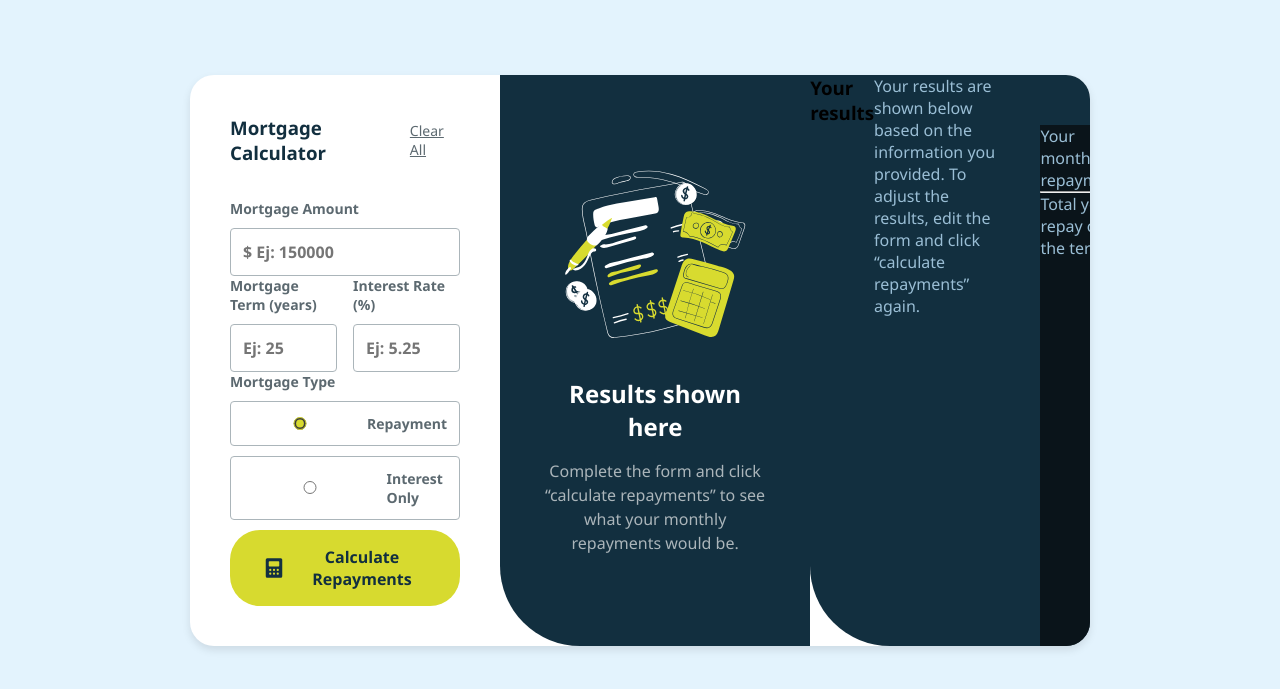
Repository: GravielPV/Mortgage-repayment-calculator
Page: index.html
The author's editor kept a copy of each file at every save. The page is drawn from the files as they stood at one save, then again after the next save.
The browser window is 1280 px wide. The pictures show the whole page.

Above is the page before, as saved 2025-12-14 15:12:49.

### index.html
<!DOCTYPE html>
<html lang="en">
<head>
  <meta charset="UTF-8">
  <meta name="viewport" content="width=device-width, initial-scale=1.0"> <!-- displays site properly based on user's device -->

  <link rel="icon" type="image/png" sizes="32x32" href="./assets/images/favicon-32x32.png">
  <link rel="stylesheet" href="styles.css">
  <title>Frontend Mentor | Mortgage repayment calculator</title>


</head>
<body>
  <div class="carta">



  <div class="lado-izquierdo">

    <div class="header-form">
      <h3>Mortgage Calculator</h3>
      <a href="#" id="clear-all">Clear All</a>
    </div>

    <form id="mortgage-form">

      <!-- Mortgage Amount -->
      <div class="campo">
        <label for="input-mortgage">Mortgage Amount</label>

        <input
          type="number"
          id="input-mortgage"
          name="mortgage"
          placeholder="$ Ej: 150000">
      </div>

      <!-- Mortgage Term & Interest Rate -->
      <div class="grupo-doble">
        <div class="campo1">
          <label for="input-term">Mortgage Term (years)</label>
          <input
            type="number"
            id="input-term"
            name="term"
            placeholder="Ej: 25">
        </div>

        <div class="campo1">
          <label for="input-interest">Interest Rate (%)</label>
          <input
            type="number"
            step="0.01"
            id="input-interest"
            name="interest"
            placeholder="Ej: 5.25">
        </div>
      </div>

      <!-- Mortgage Type -->
      <div class="campo">
        <label>Mortgage Type</label>

        <div class="radios">
          <label class="radio arriba">
            <input type="radio" name="mortgage-type" value="repayment" checked id="repayment">
            Repayment
          </label>

          <label class="radio abajo">
            <input type="radio" name="mortgage-type" value="interest-only" id="interest-only">
            Interest Only
          </label>
        </div>
      </div>

      <!-- Botón -->
      <div class="boton">

        <button type="button" onclick="calcular()"> <img src="assets/images/icon-calculator.svg" alt="calculadora icon">Calculate Repayments</button>
      </div>



    </form>

  </div>




  <!-- Empty results start -->

  <div class="derecho">

    <img src="assets/images/illustration-empty.svg" alt="mostrar">

  <h3>Results shown here</h3>

  <p>Complete the form and click “calculate repayments” to see what
  your monthly repayments would be.</p>
  </div>

  <!-- Empty results end -->

  <!-- Completed results start -->

  <div class="resultado">
    <h3>Your results</h3>
    <p>Your results are shown below based on the information you provided.
    To adjust the results, edit the form and click “calculate repayments” again.</p>

    <div class="caja-resultados">
      <p>Your monthly repayments</p>
      <h1 id="monthly-repayment"></h1>

      <hr>

      <p>Total you'll repay over the term</p>
      <h3 id="total-repayment"></h3>
    </div>
  </div>

</div>

<!-- Completed results end -->

<script src="app.js"></script>
</body>
</html>

### styles.css
* {
    box-sizing: border-box;
    margin: 0;
    padding: 0;
    font-family: 'Segoe UI', Tahoma, Geneva, Verdana, sans-serif;
}

body {
    background-color: hsl(202, 86%, 94%);
    display: flex;
    justify-content: center;
    align-items: center;
    min-height: 100vh;
}

.carta {
    width: 100%;
    max-width: 900px;
    background-color: white;
    display: flex;
    border-radius: 24px;
    overflow: hidden;
    box-shadow: 0 4px 8px 0 rgba(0, 0, 0, 0.1);
    margin: 20px;
}

/* ---- Lado Izquierdo ---- */
.lado-izquierdo {
    width: 50%;
    padding: 40px;
    display: flex;
    flex-direction: column;
    gap: 24px;
}

.header-form {
    display: flex;
    justify-content: space-between;
    align-items: center;
    margin-bottom: 10px;
}

.header-form h3 {
    color: hsl(202, 55%, 16%);
}

.header-form a {
    color: hsl(200, 10%, 40%);
    text-decoration: underline;
    font-size: 14px;
    cursor: pointer;
}

.header-form a:hover {
    color: hsl(202, 55%, 16%);
}

/* Inputs */
.campo {
    display: flex;
    flex-direction: column;
    gap: 10px;
}

.campo label, .campo1 label {
    color: hsl(200, 10%, 40%);
    font-size: 14px;
    font-weight: bold;
}

.campo input, .campo1 input {
    padding: 12px;
    border: 1px solid hsl(200, 10%, 70%);
    border-radius: 4px;
    font-size: 16px;
    font-weight: bold;
    cursor: pointer;
    width: 100%;
}

.campo input:focus, .campo1 input:focus {
    outline: none;
    border-color: hsl(61, 70%, 52%);
}

.grupo-doble {
    display: flex;
    gap: 16px;
}

.campo1 {
    display: flex;
    flex-direction: column;
    gap: 10px;
    width: 50%;
}

/* Radio buttons */
.radios {
    display: flex;
    flex-direction: column;
    gap: 10px;
}

.radio {
    display: flex;
    align-items: center;
    border: 1px solid hsl(200, 10%, 70%);
    padding: 12px;
    border-radius: 4px;
    cursor: pointer;
    gap: 10px;
    font-weight: bold;
    color: hsl(202, 55%, 16%);
}

.radio:hover {
    border-color: hsl(61, 70%, 52%);
}

.radio input {
    margin: 0;
    accent-color: hsl(61, 70%, 52%);
}

/* Boton */
.boton {
    margin-top: 10px;
}

button {
    display: flex;
    align-items: center;
    justify-content: center;
    gap: 10px;
    padding: 16px 32px;
    background-color: hsl(61, 70%, 52%);
    border: none;
    color: hsl(202, 55%, 16%);
    border-radius: 30px;
    cursor: pointer;
    font-weight: bold;
    font-size: 16px;
    width: 100%;
    transition: background-color 0.3s;
}

button:hover {
    background-color: hsl(61, 70%, 70%);
}

/* ---- Lado Derecho ---- */
.derecho {
    width: 50%;
    background-color: hsl(202, 55%, 16%);
    color: white;
    padding: 40px;
    display: flex;
    flex-direction: column;
    justify-content: center;
    align-items: center;
    text-align: center;
    border-bottom-left-radius: 80px;
}

.derecho img {
    margin-bottom: 20px;
}

.derecho h3 {
    margin-bottom: 16px;
    font-size: 24px;
}

.derecho p {
    color: hsl(200, 10%, 70%);
    line-height: 1.5;
}

.resultado {
    display: none;
}


.resultado{
     width: 50%;
    background-color: hsl(202, 55%, 16%);
    display: flex;
    justify-content: center;
    border-bottom-left-radius: 80px;


}

.resultado .caja-resultados {

    background-color: hsl(201, 46%, 7%);
    color: hsl(61, 70%, 52%);
    width: 80%;
    position: relative;
    left: 40px;
    top: 50px;
    padding: auto;



}

.resultado  p{
    color: hsl(203, 41%, 72%);
}

.resultado h3{


}



/* Responsive */
@media (max-width: 768px) {
    body {
        align-items: flex-start;
        background-color: white;
    }

    .carta {
        flex-direction: column;
        border-radius: 0;
        margin: 0;
        box-shadow: none;
        max-width: 100%;
    }

    .lado-izquierdo, .derecho {
        width: 100%;
        padding: 24px;
    }

    .derecho {
        border-radius: 0;
        min-height: 400px;
    }

    .grupo-doble {
        flex-direction: column;
    }

    .campo1 {
        width: 100%;
    }
}

### app.js
// INPUTS
const montoInput = document.getElementById("input-mortgage");
const yearsInput = document.getElementById("input-term");
const interesInput = document.getElementById("input-interest");

// RADIOS
const repaymentRadio = document.getElementById("repayment");
const interestOnlyRadio = document.getElementById("interest-only");

// RESULTADOS
const resultadoBox = document.querySelector(".resultado");
const derechoBox = document.querySelector(".derecho");

const monthlyText = document.getElementById("monthly-repayment");
const totalText = document.getElementById("total-repayment");

// CLEAR ALL
const clearAllBtn = document.getElementById("clear-all");

// FORMATO MONEDA
function formatoMoneda(valor) {
  return new Intl.NumberFormat("en-US", {
    style: "currency",
    currency: "USD",
    minimumFractionDigits: 2,
  }).format(valor);
}

// CALCULAR
function calcular() {
  const monto = Number(montoInput.value);
  const years = Number(yearsInput.value);
  const interes = Number(interesInput.value) / 100;

  if (!monto || !years || !interes) {
    alert("Please complete all fields");
    return;
  }

  const r = interes / 12;
  const n = years * 12;

  let pagoMensual = 0;
  let pagoTotal = 0;

  // REPAYMENT
  if (repaymentRadio.checked) {
    pagoMensual =
      (monto * r * Math.pow(1 + r, n)) /
      (Math.pow(1 + r, n) - 1);

    pagoTotal = pagoMensual * n;
  }

  // INTEREST ONLY
  if (interestOnlyRadio.checked) {
    pagoMensual = monto * r;
    pagoTotal = pagoMensual * n;
  }

  // MOSTRAR RESULTADOS
  monthlyText.textContent = formatoMoneda(pagoMensual);
  totalText.textContent = formatoMoneda(pagoTotal);

  derechoBox.style.display = "none";
  resultadoBox.style.display = "block";
}

// CLEAR ALL
clearAllBtn.addEventListener("click", (e) => {
  e.preventDefault();

  montoInput.value = "";
  yearsInput.value = "";
  interesInput.value = "";

  repaymentRadio.checked = true;
  interestOnlyRadio.checked = false;

  resultadoBox.style.display = "none";
  derechoBox.style.display = "block";
});

After the next save:
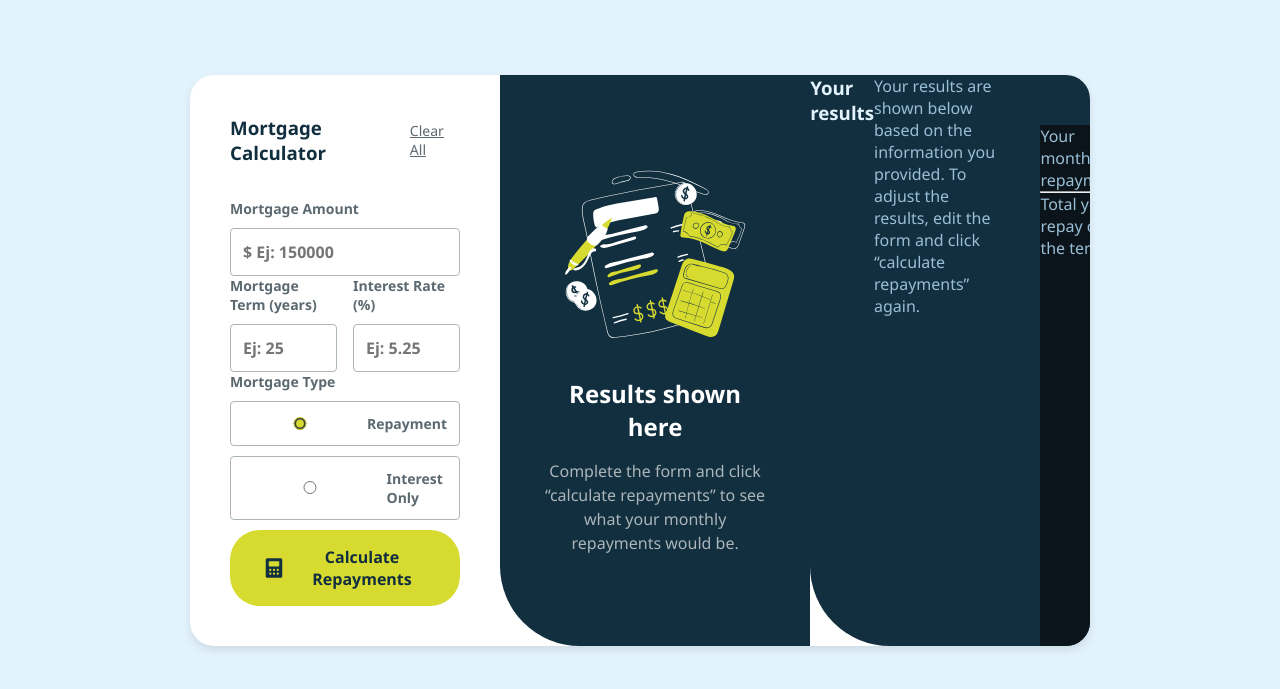
Saved 9 s later.
--- a/styles.css
+++ b/styles.css
@@ -212,6 +212,7 @@ button:hover {
 
 .resultado h3{
 
+    color: hsl(202, 86%, 94%);
 
 }
 
